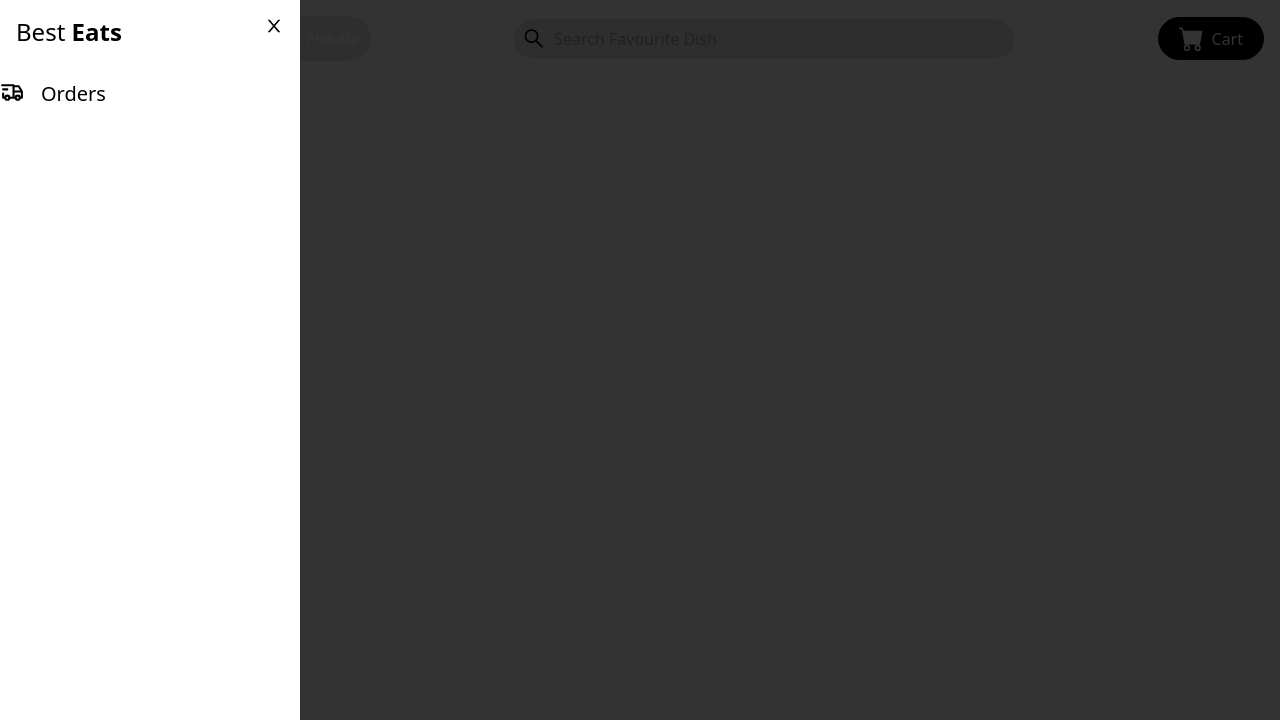
Repository: remydev47/best-eats
Page: /
The author's editor kept a copy of each file at every save. The page is drawn from the files as they stood at one save, then again after the next save.
The browser window is 1280 px wide. The pictures show the whole page.
The project was rebuilt for these pictures with package versions that can differ from the ones it lists, and the page was loaded fresh each time. Also part of the build but not shown: src/App.css.

Above is the page before, as saved 2022-08-01 21:05:49.

After the next save:
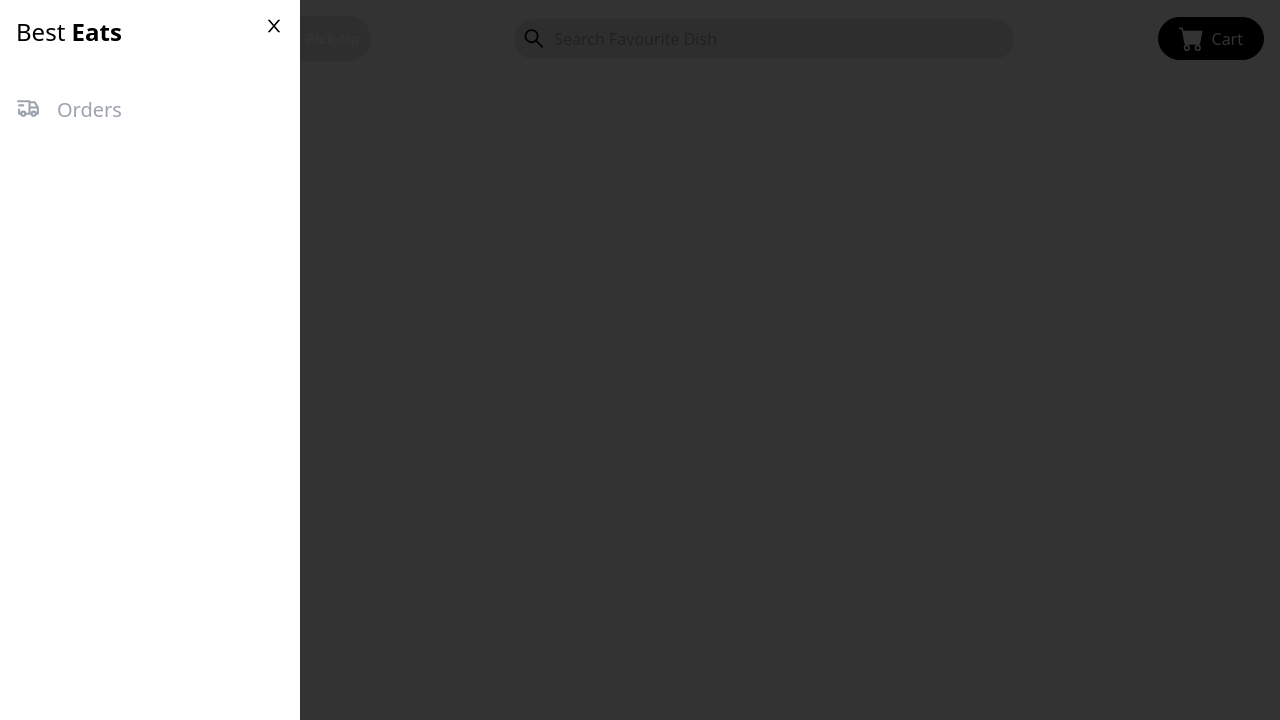
Saved 64 s later.
--- a/src/components/Navbar.js
+++ b/src/components/Navbar.js
@@ -39,7 +39,7 @@
         <AiOutlineClose size={20} className="absolute right-4 top-4 cursor-pointer"/>
         <h2 className='text-2xl p-4'>Best <span className='font-bold text-black'>Eats</span></h2>
         <nav>
-          <ul>
+          <ul className='flex flex-col p-4 text-gray-400'>
             <l1 className={styles.eat}>
               <TbTruckDelivery size={25} className='mr-4'/>
               Orders
